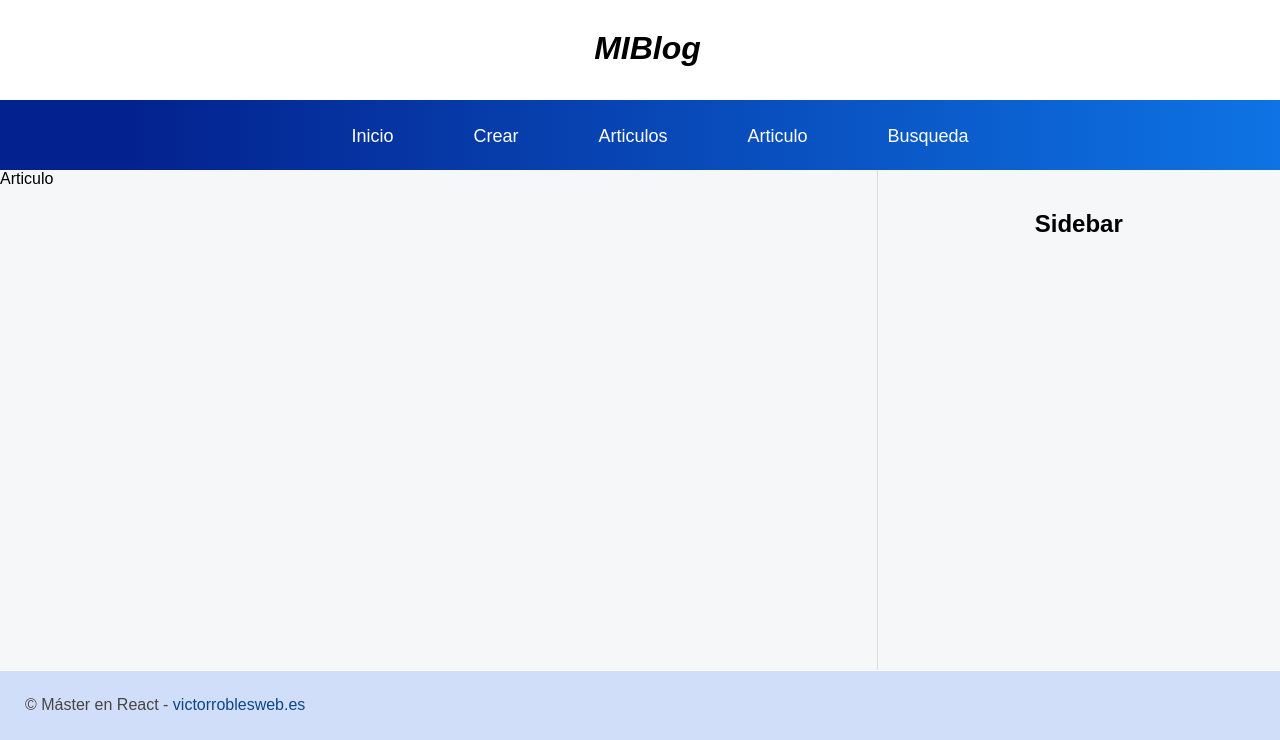
Repository: DamianBermudez94/frondEnd-blog
Page: /articulo
An editor plug-in stored every save of this project. The page is shown before and after the next save, followed by the edit.
The browser window is 1280 px wide. The pictures show the whole page.
The project was rebuilt for these pictures with package versions that can differ from the ones it lists, and the page was loaded fresh each time. Also part of the build but not shown: vite.config.js, src/components/pages/Inicio.jsx, src/components/pages/Busqueda.jsx, src/components/pages/Crear.jsx, src/components/pages/Articulos.jsx.

Above is the page before, as saved 2023-08-07 22:55:16.

### index.html
<!doctype html>
<html lang="es">
  <head>
    <meta charset="UTF-8" />
    <link rel="icon" type="image/svg+xml" href="/vite.svg" />
    <meta name="viewport" content="width=device-width, initial-scale=1.0" />
    <title>Proyecto-blog</title>
  </head>
  <body>
    <div id="root"></div>
    <script type="module" src="/src/main.jsx"></script>
  </body>
</html>

### src/main.jsx

import ReactDOM from 'react-dom/client'
import App from './App.jsx'
import './index.css'

ReactDOM.createRoot(document.getElementById('root')).render(

    <App />

)

### src/App.jsx
import { Rutas } from "./router/rutas"



function App() {


  return (
    <div className="layout">
      <Rutas></Rutas>
    </div>
  )
}

export default App

### src/index.css
/*:root {
  font-family: Inter, system-ui, Avenir, Helvetica, Arial, sans-serif;
  line-height: 1.5;
  font-weight: 400;

  color-scheme: light dark;
  color: rgba(255, 255, 255, 0.87);
  background-color: #242424;

  font-synthesis: none;
  text-rendering: optimizeLegibility;
  -webkit-font-smoothing: antialiased;
  -moz-osx-font-smoothing: grayscale;
  -webkit-text-size-adjust: 100%;
}

a {
  font-weight: 500;
  color: #646cff;
  text-decoration: inherit;
}
a:hover {
  color: #535bf2;
}

body {
  margin: 0;
  display: flex;
  place-items: center;
  min-width: 320px;
  min-height: 100vh;
}

h1 {
  font-size: 3.2em;
  line-height: 1.1;
}

button {
  border-radius: 8px;
  border: 1px solid transparent;
  padding: 0.6em 1.2em;
  font-size: 1em;
  font-weight: 500;
  font-family: inherit;
  background-color: #1a1a1a;
  cursor: pointer;
  transition: border-color 0.25s;
}
button:hover {
  border-color: #000bdb;
}
button:focus,
button:focus-visible {
  outline: 4px auto -webkit-focus-ring-color;
}

@media (prefers-color-scheme: light) {
  :root {
    color: #213547;
    background-color: #ffffff;
  }
  a:hover {
    color: #000dff;
  }
  button {
    background-color: #f9f9f9;
  }
}*/


/*ESTILOS GENERALES*/

body{
  background: #d1defa;
  font-family: sans-serif, Arial, Helvetica;
  text-align: center;
  padding: 0px;
  margin: 0px;
  box-sizing: border-box;

}

.layout{
  display: grid;
  grid-template-areas:
      "header header header header"
      "nav nav nav nav"
      "content content content lateral"
      "footer footer footer footer"
  ;
  grid-template-rows: 100px 70px auto 70px;
}

/*ESTILOS CABECERA*/

.header{
  grid-area: header;
  width: 100%;
  background: white;
  text-align: left;
  font-style: italic;

  display: flex;
  justify-content: center;
}



.header h1{
  margin-left: 15px;
  margin-top: 30px;
}

/*ESTILOS DE LA BARRA DE NAVEGACIÓN*/

.nav{
  grid-area: nav;
  background: linear-gradient(90deg, #03228f 10%, #0e73e4 100%);
}

.nav > ul {
  display: flex;
  justify-content: center;
  align-items: center;
  list-style: none;
}

.nav li{
  padding: 10px;
}

.nav a {
  display: block;
  margin-left: 30px;
  margin-right: 30px;
  font-size: 18px;
  font-weight: lighter;
  color: white;
  text-decoration: none;
  transition: all 300ms;
}

.nav a:hover{
  transform: scale(1.1, 1.1);
}

/*ESTILOS PARA EL CONTENIDO PRINCIPAL*/

.content{
  height: 500px;
  grid-area: content;
  background: #f6f7f9;
  display: flex;
  flex-flow: row wrap;
  justify-content: flex-start;
  align-items: flex-start;
  flex-grow: 1;
}

.articulo-item{
  flex-grow: 1;
  background: white;
  border-radius: 10px;
  box-shadow: 0px 0px 6px #ddd;
  margin: 20px;
  padding-top: 60px;
  padding-bottom: 60px;
  padding-left: 25px;
  padding-right: 25px;
}
.articulo-item .edit{
  margin-right: 7px;
}
button,
input[type="submit"],
input[type="button"]{
  width: 100px;
  background: #0b70e1;
  color: white;
  border: 0;
  outline: 0;
  padding:15px;
  border-radius: 3px;
  margin-top:15px;
  text-transform: capitalize;
  font-size: 16px;
  font-weight: 500;
  cursor: pointer;
  transition: all 300ms;
}

.articulo-item .edit:hover{
  background: #e77b00;
}

.articulo-item .delete:hover{
  background: #9b0202;
}

/*ESTILOS BARRA LATERAL*/

.lateral{
  grid-area: lateral;
  background: #f6f7f9;
  border-left: 1px solid #ddd;
  padding: 20px;
}

.lateral > div{
  box-sizing: border-box;
  width: 90%;
  margin: 20px;
  padding: 20px;
  padding-top: 10px;
  background: white;
  border-radius: 10px;
  box-shadow: 0px 0px 6px #ddd;
}

.lateral input[type="text"],
.lateral input[type="text"],
.lateral textarea,
.edit_form input[type="text"],
.edit_form input[type="text"],
.edit_form textarea
{
  display: block;
  margin: 0 auto;
  margin-top: 15px;
  padding: 12px;
  border-radius: 5px;
  background: #f6f7f9;
  color: #454545;
  width: 80%;
  max-width: 250px;
  min-width: 250px;
  min-height: 30px;
  max-height: 250px;
  opacity: 4;
  outline: 0;
  border-color: transparent;
}
.no-encontrado{
  color: #9b0202;
}
.edit_form{
  border-top: 1px solid #ddd;
  margin-top: 10px;
}

/*ESTILOS PARA EL PIE DE PÁGINA*/
.footer{
  grid-area: footer;

  background: #d1defa;
  color: #454545;
  border-top: 1px solid white;
  text-align: left;
  line-height: 68px;
  padding-left: 25px;
}

.footer a{
  color: #0b468a;
  text-decoration: none;
}

@media (max-width: 1085px){
  .content {
      flex-flow: column wrap;
      justify-content: center;
      align-items: center;
  }

  .articulo-item{
      width: 80%;
  }
}

### src/router/rutas.jsx
import React from "react";
import { BrowserRouter, Routes, Route, Navigate } from "react-router-dom";
import { Inicio } from "../components/pages/Inicio";
import { Busqueda } from "../components/pages/Busqueda";
import { Crear } from "../components/pages/Crear";
import Articulos from "../components/pages/Articulos";
import { Articulo } from "../components/pages/Articulo";
import { Header } from "../components/layout/Header";
import { Nav } from "../components/layout/Nav";
import { Footer } from "../components/layout/Footer";
import { Sidebar } from "../components/layout/Sidebar";


export const Rutas = ()=>{

    return(

        <BrowserRouter>
            {/*Layout*/}
            <Header></Header>
            <Nav></Nav>
            {/*Contenido principal y rutas*/}
            <section id="content" className="content">
                <Routes>
                    <Route path="/" element={<Inicio/>}/>
                    <Route path="/inicio" element={<Inicio/>}/>
                    <Route path="/busqueda" element={<Busqueda/>}/>
                    <Route path="/crear" element={<Crear/>}/>
                    <Route path="/articulos" element={<Articulos/>}/>
                    <Route path="/articulo" element={<Articulo/>}/>
                </Routes>
            </section>
            <Sidebar/>
            <Footer></Footer>
        </BrowserRouter>

    )

}

### src/components/pages/Articulo.jsx
import React from 'react'

export const Articulo = () => {
  return (
    <div>Articulo</div>
  )
}

### src/components/layout/Header.jsx
import React from 'react'

export const Header = () => {
  return (

         <header className="header">
            <h1>MIBlog</h1>
        </header>

  )
}

### src/components/layout/Nav.jsx
import React from 'react'
import { NavLink } from 'react-router-dom'

export const Nav = () => {
  return (

           <nav className="nav">
            <ul>
                <li><NavLink to="/#">Inicio</NavLink></li>
                <li><NavLink to="/crear">Crear</NavLink></li>
                <li><NavLink to="/articulos">Articulos</NavLink></li>
                <li><NavLink to="/articulo">Articulo</NavLink></li>
                <li><NavLink to="/busqueda">Busqueda</NavLink></li>

            </ul>
        </nav>

  )
}

### src/components/layout/Footer.jsx
import React from 'react'

export const Footer = () => {
  return (

         <footer className="footer">
            &copy; Máster en React - <a href="https://victorroblesweb.es">victorroblesweb.es</a>
        </footer>

  )
}

### src/components/layout/Sidebar.jsx
import React from 'react'

export const Sidebar = () => {
  return (
        <aside className="lateral">

            <h1>Sidebar</h1>

        </aside>

  )
}

After the next save:
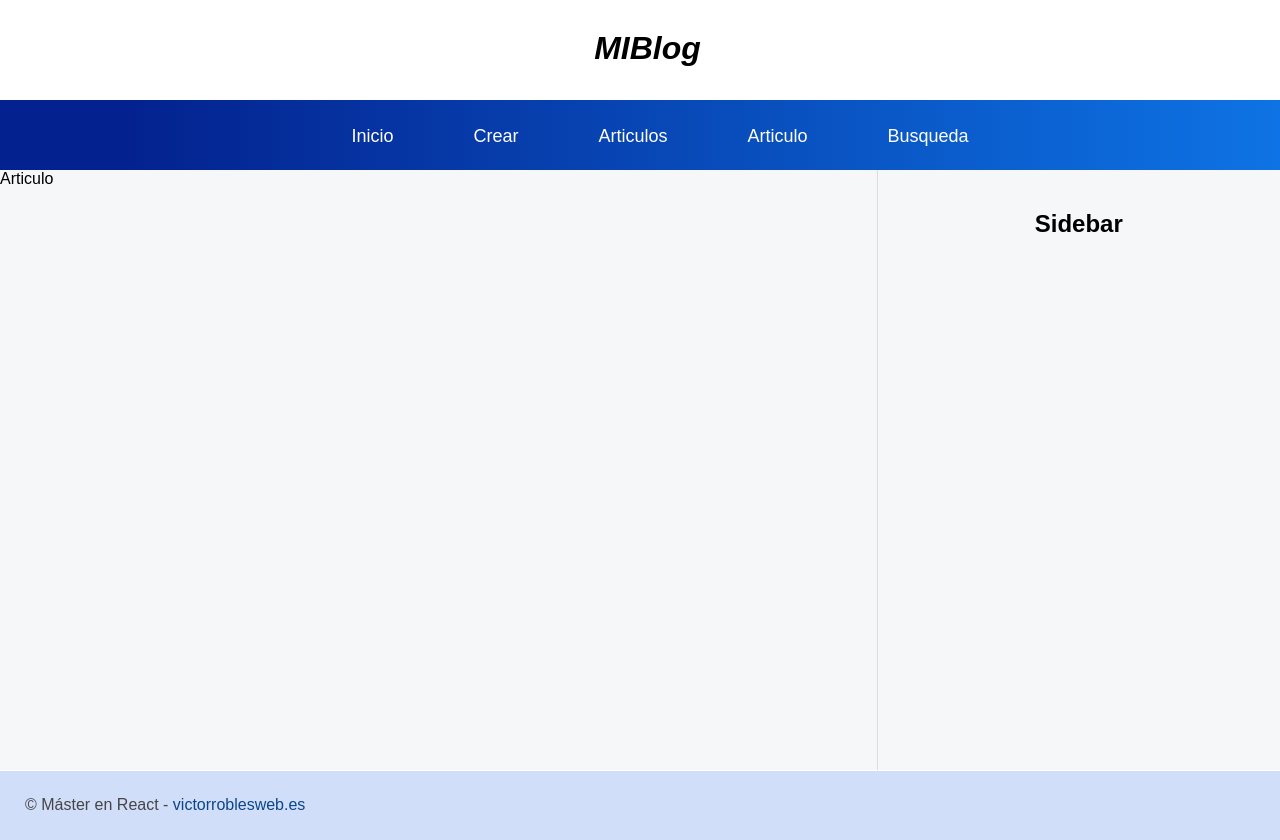
Saved 8 s later.
--- a/src/index.css
+++ b/src/index.css
@@ -148,7 +148,7 @@ body{
 /*ESTILOS PARA EL CONTENIDO PRINCIPAL*/
 
 .content{
-  height: 500px;
+  height: 600px;
   grid-area: content;
   background: #f6f7f9;
   display: flex;
